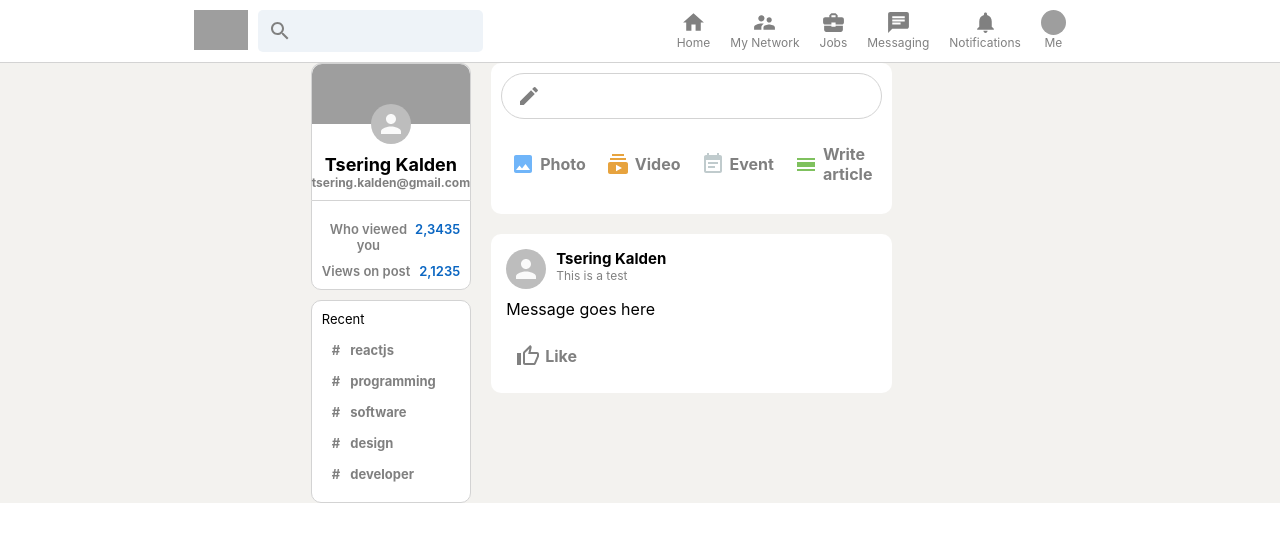
Repository: exiled-kal/linkedInreact-redux
Page: /
These files come from the project's save history. The page is drawn as it stood at one moment and after the next save; the edit follows.
The browser window is 1280 px wide. The pictures show the whole page.
Pictures or frames that could not be fetched are drawn as grey boxes. The project was rebuilt for these pictures with package versions that can differ from the ones it lists, and the page was loaded fresh each time.

Above is the page before, as saved 2020-12-23 21:25:28.

After the next save:
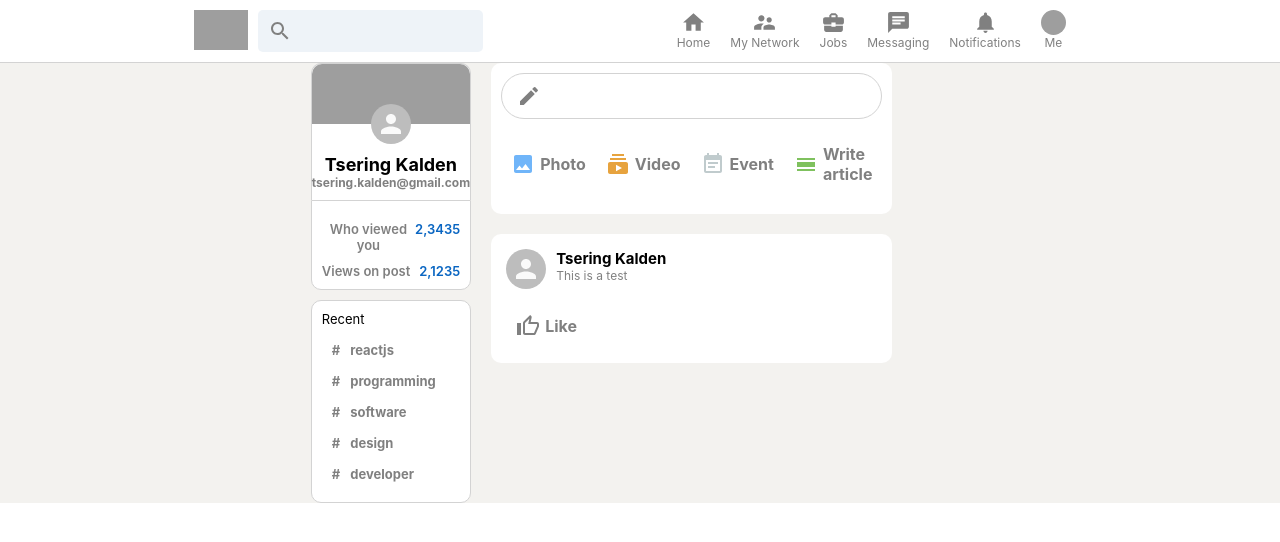
Saved 22 s later.
--- a/src/Post.js
+++ b/src/Post.js
@@ -16,7 +16,7 @@ function Post({name, description, message, photoUrl}) {
         </div>
       </div>
       <div className="post__body">
-        <p>Message goes here</p>
+        <p>{message}</p>
       </div>
       <div className="post__buttons">
         <InputOption Icon={ThumbUpAltOutlinedIcon} title="Like" color="gray" />
